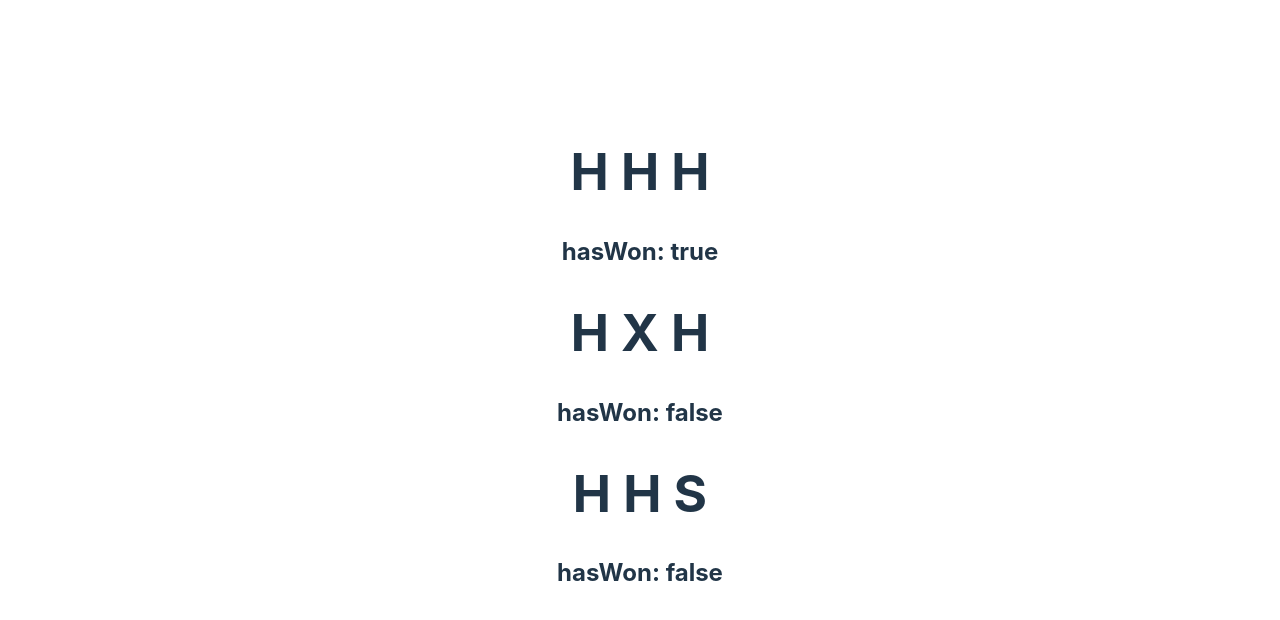
Repository: SmooothCriminal001/ReactLearning
Page: / (app in slot-machine-exercise/)
An editor plug-in stored every save of this project. The page is shown before and after a run of saves, followed by the edit.
The browser window is 1280 px wide. The pictures show the whole page.
The project was rebuilt for these pictures with package versions that can differ from the ones it lists, and the page was loaded fresh each time. Also part of the build but not shown: slot-machine-exercise/vite.config.js.

Above is the page before, as saved 2024-07-25 14:12:58.

### slot-machine-exercise/src/App.jsx
import './App.css'
import Slots from './Slots'

export default function App() {
  return (
    <div className="App">
      <Slots firstPull="H" secondPull="H" thirdPull="H"/>
      <Slots firstPull="H" secondPull="X" thirdPull="H"/>
      <Slots firstPull="H" secondPull="H" thirdPull="S"/>
    </div>
  );
}

### slot-machine-exercise/src/Slots.jsx
import "./Slots.css"

export default function Slots({ firstPull, secondPull, thirdPull}){
    const hasWon = (firstPull === secondPull) && (secondPull == thirdPull) ? "true" : "false"
    return <>
        <h1>{firstPull} {secondPull} {thirdPull}</h1>
        <h2>hasWon: {hasWon}</h2>
    </>
}

Loaded but not shown: slot-machine-exercise/index.html (common file); slot-machine-exercise/src/main.jsx (common file); slot-machine-exercise/src/index.css (common file); slot-machine-exercise/src/App.css (common file); slot-machine-exercise/src/Slots.css (no stored copy; drawn as an empty file)

After the next 6 saves:
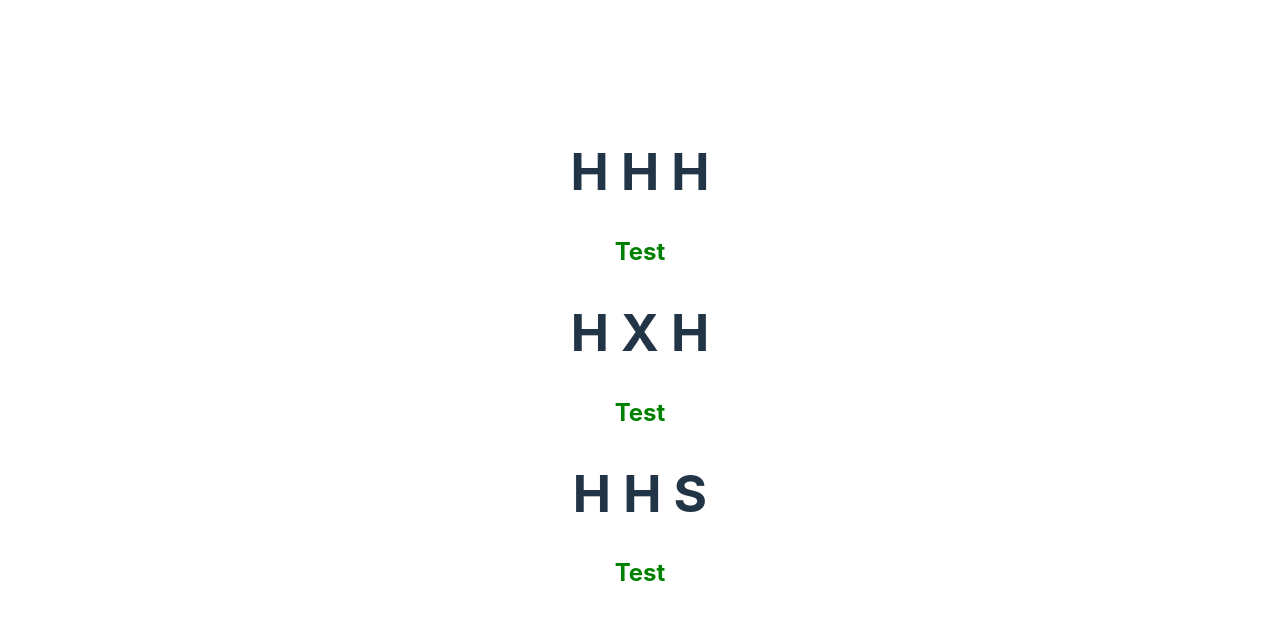
The 6 saves are shown as one change because 5 did not build or start.
The last was saved 5 min 0 s later.
--- a/slot-machine-exercise/src/Slots.jsx
+++ b/slot-machine-exercise/src/Slots.jsx
@@ -2,8 +2,10 @@ import "./Slots.css"
 
 export default function Slots({ firstPull, secondPull, thirdPull}){
     const hasWon = (firstPull === secondPull) && (secondPull == thirdPull) ? "true" : "false"
+    const announceStyle = { color: (hasWon ? "green" : "red")}
+
     return <>
         <h1>{firstPull} {secondPull} {thirdPull}</h1>
-        <h2>hasWon: {hasWon}</h2>
+        <h2 style={announceStyle}>Test</h2>
     </>
 }
